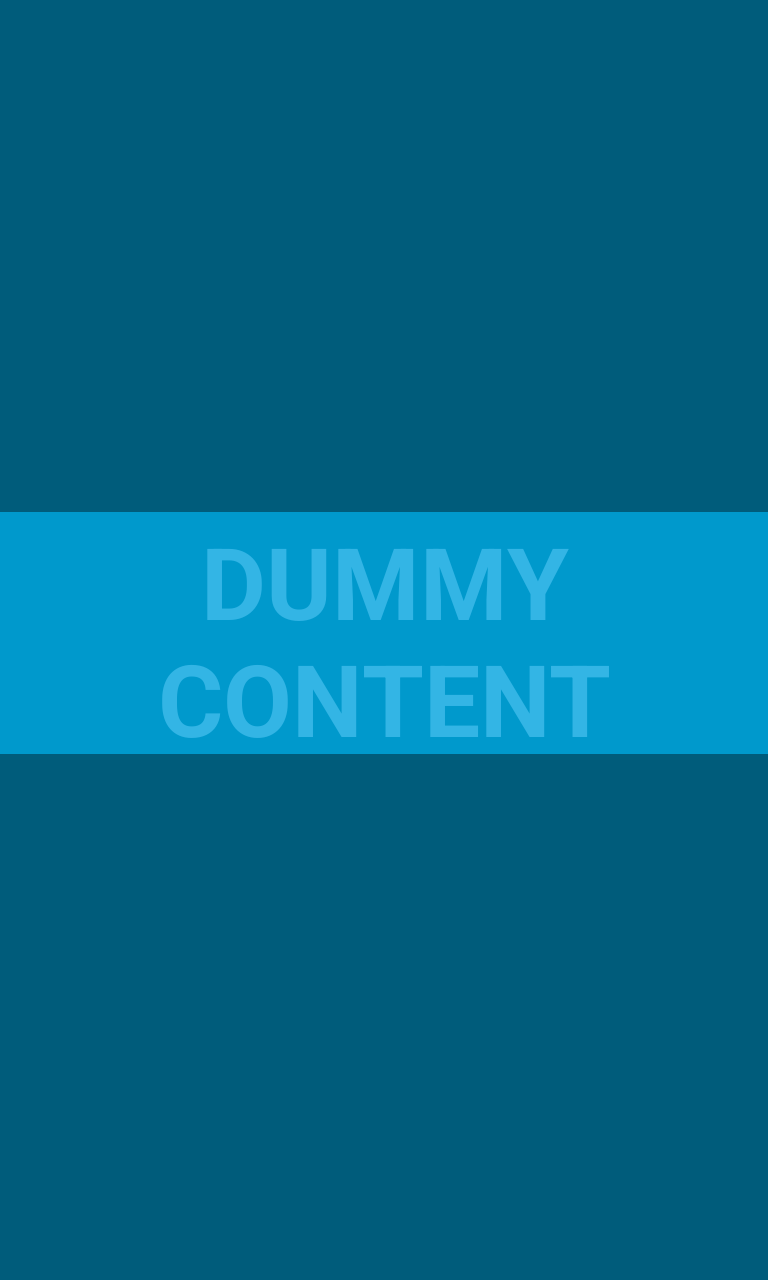
Repository: shababislam/VDialer3000
Layout: VDialer3000/res/layout/activity_fullscreen.xml
These files come from the project's save history. The layout is drawn as it stood at one moment and after the next save; the edit follows.
It is drawn on a 768 x 1280 px phone screen (xhdpi) without system bars, with theme FullscreenTheme; the app's code is not run.

Above is the layout before, as saved 2016-12-03 22:19:15.

### VDialer3000/res/layout/activity_fullscreen.xml
<FrameLayout xmlns:android="http://schemas.android.com/apk/res/android"
    xmlns:tools="http://schemas.android.com/tools"
    android:layout_width="match_parent"
    android:layout_height="match_parent"
    android:background="#0099cc"
    tools:context="com.team_a_3000.vdialer.FullscreenActivity" >

    <!--
         The primary full-screen view. This can be replaced with whatever view
         is needed to present your content, e.g. VideoView, SurfaceView,
         TextureView, etc.
    -->

    <TextView
        android:id="@+id/fullscreen_content"
        android:layout_width="match_parent"
        android:layout_height="match_parent"
        android:gravity="center"
        android:keepScreenOn="true"
        android:text="@string/dummy_content"
        android:textColor="#33b5e5"
        android:textSize="50sp"
        android:textStyle="bold" />

    <!--
         This FrameLayout insets its children based on system windows using
         android:fitsSystemWindows.
    -->

    <FrameLayout
        android:layout_width="match_parent"
        android:layout_height="match_parent"
        android:fitsSystemWindows="true" >

        <LinearLayout
            android:id="@+id/fullscreen_content_controls"
            style="?metaButtonBarStyle"
            android:layout_width="match_parent"
            android:layout_height="263dp"
            android:layout_gravity="bottom|center_horizontal"
            android:background="@color/black_overlay"
            android:orientation="horizontal"
            tools:ignore="UselessParent" >

            <Button
                android:id="@+id/dummy_button"
                style="?metaButtonBarButtonStyle"
                android:layout_width="0dp"
                android:layout_height="252dp"
                android:text="Call" />
        </LinearLayout>

        <LinearLayout
            android:id="@+id/LinearLayout01"
            style="?metaButtonBarStyle"
            android:layout_width="match_parent"
            android:layout_height="256dp"
            android:background="@color/black_overlay"
            android:orientation="horizontal"
            tools:ignore="UselessParent" >

            <Button
                android:id="@+id/Button01"
                style="?metaButtonBarButtonStyle"
                android:layout_width="0dp"
                android:layout_height="252dp"
                android:text="Button1" />
        </LinearLayout>

    </FrameLayout>

</FrameLayout>

### VDialer3000/res/values/strings.xml
<?xml version="1.0" encoding="utf-8"?>
<resources>

    <string name="app_name">VDialer</string>
    <string name="dummy_button">Dummy Button</string>
    <string name="dummy_content">DUMMY\nCONTENT</string>

</resources>

Loaded but not shown: VDialer3000/res/values-v11/styles.xml (common file); VDialer3000/res/values/styles.xml (common file); VDialer3000/res/values/colors.xml (common file)

After the next save:
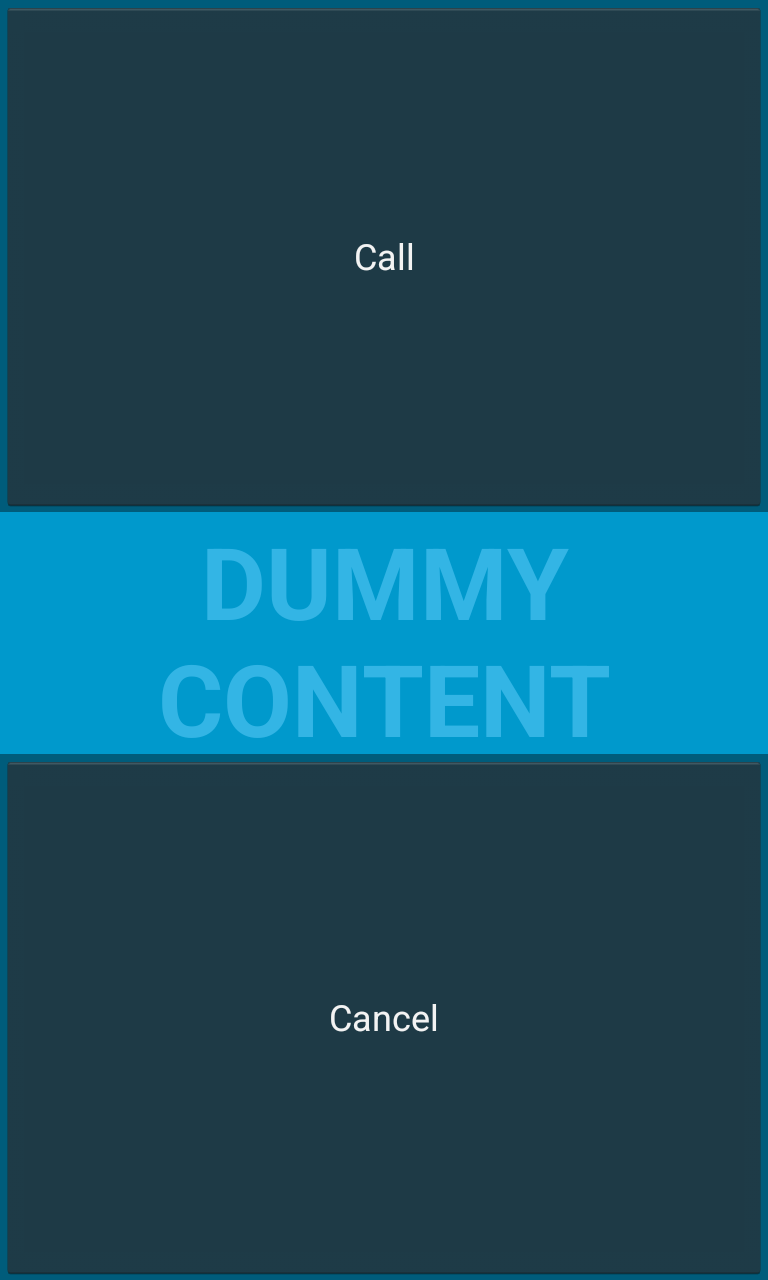
Saved 8 min 34 s later.
--- a/VDialer3000/res/layout/activity_fullscreen.xml
+++ b/VDialer3000/res/layout/activity_fullscreen.xml
@@ -43,11 +43,11 @@
             tools:ignore="UselessParent" >
 
             <Button
-                android:id="@+id/dummy_button"
-                style="?metaButtonBarButtonStyle"
-                android:layout_width="0dp"
-                android:layout_height="252dp"
-                android:text="Call" />
+                android:id="@+id/cancelButton"
+                android:layout_width="match_parent"
+                android:layout_height="match_parent"
+                android:text="Cancel" />
+
         </LinearLayout>
 
         <LinearLayout
@@ -60,11 +60,11 @@
             tools:ignore="UselessParent" >
 
             <Button
-                android:id="@+id/Button01"
-                style="?metaButtonBarButtonStyle"
-                android:layout_width="0dp"
-                android:layout_height="252dp"
-                android:text="Button1" />
+                android:id="@+id/callButton"
+                android:layout_width="match_parent"
+                android:layout_height="match_parent"
+                android:text="Call" />
+
         </LinearLayout>
 
     </FrameLayout>
